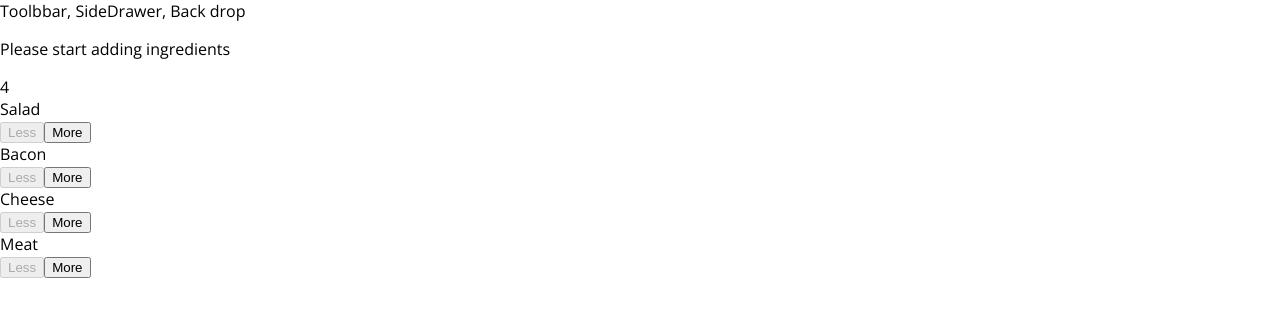
Repository: dunbom6612/burger-builder-app
Page: /
The author's editor kept a copy of each file at every save. The page is drawn from the files as they stood at one save, then again after the next save.
The browser window is 1280 px wide. The pictures show the whole page.
The project was rebuilt for these pictures with package versions that can differ from the ones it lists, and the page was loaded fresh each time. Also part of the build but not shown: src/components/Layout/Layout.css, src/components/Burger/Burgeringredient/Burgeringredient.css, src/components/Burger/Burger.css, src/components/BuildControls/BuildControls.css, src/components/BuildControls/BuildControl/BuildControl.css.

Above is the page before, as saved 2020-07-31 00:38:17.

### public/index.html
<!DOCTYPE html>
<html lang="en">
  <head>
    <meta charset="utf-8">
    <meta name="viewport" content="width=device-width, initial-scale=1, shrink-to-fit=no">
    <meta name="theme-color" content="#000000">
    <!--
      manifest.json provides metadata used when your web app is added to the
      homescreen on Android. See https://developers.google.com/web/fundamentals/engage-and-retain/web-app-manifest/
    -->
    <link rel="manifest" href="%PUBLIC_URL%/manifest.json">
    <link rel="shortcut icon" href="%PUBLIC_URL%/favicon.ico">
    <!--
      Notice the use of %PUBLIC_URL% in the tags above.
      It will be replaced with the URL of the `public` folder during the build.
      Only files inside the `public` folder can be referenced from the HTML.

      Unlike "/favicon.ico" or "favicon.ico", "%PUBLIC_URL%/favicon.ico" will
      work correctly both with client-side routing and a non-root public URL.
      Learn how to configure a non-root public URL by running `npm run build`.
    -->
    <link href="https://fonts.googleapis.com/css2?family=Open+Sans:wght@400;700&display=swap" rel="stylesheet">
    <title>Huy Burger</title>
  </head>
  <body>
    <noscript>
      You need to enable JavaScript to run this app.
    </noscript>
    <div id="root"></div>
    <!--
      This HTML file is a template.
      If you open it directly in the browser, you will see an empty page.

      You can add webfonts, meta tags, or analytics to this file.
      The build step will place the bundled scripts into the <body> tag.

      To begin the development, run `npm start` or `yarn start`.
      To create a production bundle, use `npm run build` or `yarn build`.
    -->
  </body>
</html>

### src/App.js
import React, { Component } from 'react';
import Layout from './components/Layout/Layout';
import BurgerBuilder from './containers/BurgerBuilder/BurgerBuilder';

class App extends Component {
  render() {
    return (
      <div className="App">
        <Layout>
          <BurgerBuilder />
        </Layout>
      </div>
    );
  }
}

export default App;

### src/components/Layout/Layout.js
import React from "react";
import Aux from "../../hoc/Aux";
import classes from './Layout.css'

const layout = (props) => (
  <Aux>
    <div>Toolbbar, SideDrawer, Back drop</div>
    <main className={classes.Content}>{props.children}</main>
  </Aux>
);

export default layout;

### src/containers/BurgerBuilder/BurgerBuilder.js
import React, { Component } from "react";
import Aux from "../../hoc/Aux";
import Burger from "../../components/Burger/Burger";
import BuildControls from "../../components/BuildControls/BuildControls";

const INGREDIENT_PRICES = {
  salad: 0.5,
  cheese: 0.4,
  meat: 1.3,
  bacon: 0.7,
};
class BurgerBuilder extends Component {
  state = {
    ingredients: {
      salad: 0,
      bacon: 0,
      cheese: 0,
      meat: 0,
    },
    totalPrice: 4,
  };

  addIngredientHandler = (type) => {
    const oldCount = this.state.ingredients[type];
    const updatedCount = oldCount + 1;
    const updateIngredients = {
      ...this.state.ingredients,
    };
    updateIngredients[type] = updatedCount;
    const priceAddition = INGREDIENT_PRICES[type];
    const oldPrice = this.state.totalPrice;
    const newPrice = oldPrice + priceAddition;
    this.setState({ totalPrice: newPrice, ingredients: updateIngredients });
  };

  removeIngredientHandler = (type) => {
    const oldCount = this.state.ingredients[type];
    if(oldCount <= 0){
        return;
    }
    const updatedCount = oldCount - 1 ;
    const updateIngredients = {
      ...this.state.ingredients,
    };
    updateIngredients[type] = updatedCount;
    const priceDeduction = INGREDIENT_PRICES[type];
    const oldPrice = this.state.totalPrice;
    const newPrice =
      oldPrice > priceDeduction ? oldPrice - priceDeduction : oldPrice;
    this.setState({ totalPrice: newPrice, ingredients: updateIngredients });
  };
  render() {
      const disabledInfo = {
          ...this.state.ingredients
      };
      for (let key in disabledInfo) {
          disabledInfo[key] = disabledInfo[key] <= 0
      }
    return (
      <Aux>
        <Burger ingredients={this.state.ingredients} />
        <BuildControls
          ingredientAdded={this.addIngredientHandler}
          ingredientRemoved={this.removeIngredientHandler}
          price={this.state.totalPrice}
          disabled={disabledInfo}
        />
      </Aux>
    );
  }
}

export default BurgerBuilder;

### src/components/Burger/Burger.js
import React from 'react'
import BurgerIngredient from './Burgeringredient/Burgeringredient'
import classes from './Burger.css'

const burger = (props) => {
    let transformedIngredient = Object.keys(props.ingredients).map(igKey => {
        return [...Array(props.ingredients[igKey])].map((_,i) => {
           return  <BurgerIngredient key={igKey + i} type={igKey} />
        });
    }).reduce((arr, el) => {
        return arr.concat(el);
    }, []);
    if(transformedIngredient.length === 0 ){
        transformedIngredient = <p> Please start adding ingredients</p>;
    }
    return (
        <div className={classes.Burger}>
            <BurgerIngredient type='bread-top'/>
            {transformedIngredient}
            <BurgerIngredient type='bread-bottom'/>
        </div>
    );


}

export default burger;

### src/components/BuildControls/BuildControls.js
import React from "react";
import classes from "./BuildControls.css";
import BuildControl from "./BuildControl/BuildControl";

const controls = [
  { label: "Salad", type: "salad" },
  { label: "Bacon", type: "bacon" },
  { label: "Cheese", type: "cheese" },
  { label: "Meat", type: "meat" },
];
const buildControls = (props) => (
  <div className={classes.BuildControls}>
      <div>{props.price}</div>
    {controls.map((ctrl) => (
      <BuildControl key={ctrl.label} label={ctrl.label}
      added={() => props.ingredientAdded(ctrl.type)}
      removed={() => props.ingredientRemoved(ctrl.type)}
      disabled={props.disabled[ctrl.type]}
      />
    ))}

  </div>
);

export default buildControls;

### src/components/Burger/Burgeringredient/Burgeringredient.js
import React, { Component } from "react";
import PropTypes from "prop-types";
import classes from "./Burgeringredient.css";

class BurgerIngredient extends Component {
  render() {
    let ingredient = null;

    switch (this.props.type) {
      case "bread-bottom":
        ingredient = <div className={classes.BreadBottom}></div>;
        break;
      case "bread-top":
        ingredient = (
          <div className={classes.BreadTop}>
            <div className={classes.Seeds1}></div>
            <div className={classes.Seeds2}></div>
          </div>
        );
        break;
      case "meat":
        ingredient = <div className={classes.Meat}></div>;
        break;
      case "cheese":
        ingredient = <div className={classes.Cheese}></div>;
        break;
      case "bacon":
        ingredient = <div className={classes.Bacon}></div>;
        break;
      case "salad":
        ingredient = <div className={classes.Salad}></div>;
        break;
      default:
        ingredient = null;
    }

    return ingredient;
  }
}

BurgerIngredient.propTypes = {
  type: PropTypes.string.isRequired,
};

export default BurgerIngredient;

### src/components/BuildControls/BuildControl/BuildControl.js
import React from "react";
import classes from './BuildControl.css';



const buildControl = (props) => (
    <div className={classes.BuildControl}>
        <div className={classes.Label}>{props.label}</div>
        <button className={classes.Less} onClick={props.removed} disabled={props.disabled}>Less</button>
        <button className={classes.More} onClick={props.added}>More</button>
    </div>
);

export default buildControl;

Loaded but not shown: src/index.js (common file); src/index.css (common file); src/registerServiceWorker.js (common file); src/hoc/Aux.js (common file)

After the next save:
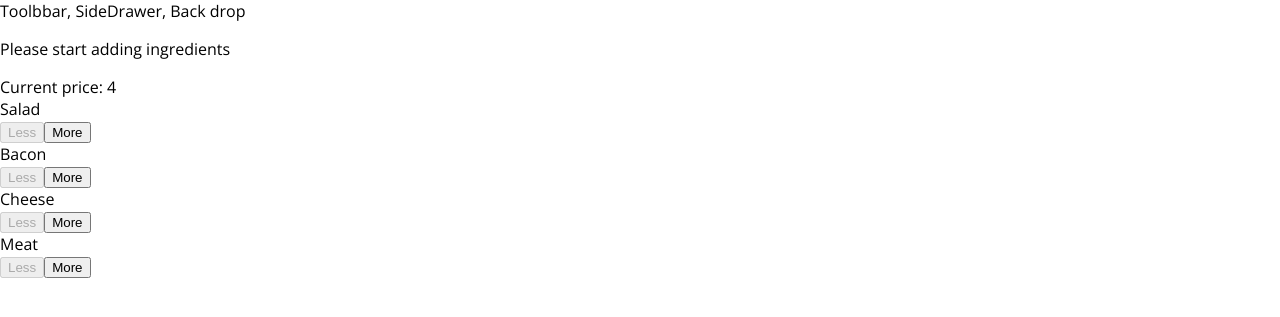
Saved 20 s later.
--- a/src/components/BuildControls/BuildControls.js
+++ b/src/components/BuildControls/BuildControls.js
@@ -10,7 +10,7 @@ const controls = [
 ];
 const buildControls = (props) => (
   <div className={classes.BuildControls}>
-      <div>{props.price}</div>
+      <div>Current price: {props.price}</div>
     {controls.map((ctrl) => (
       <BuildControl key={ctrl.label} label={ctrl.label}
       added={() => props.ingredientAdded(ctrl.type)}
